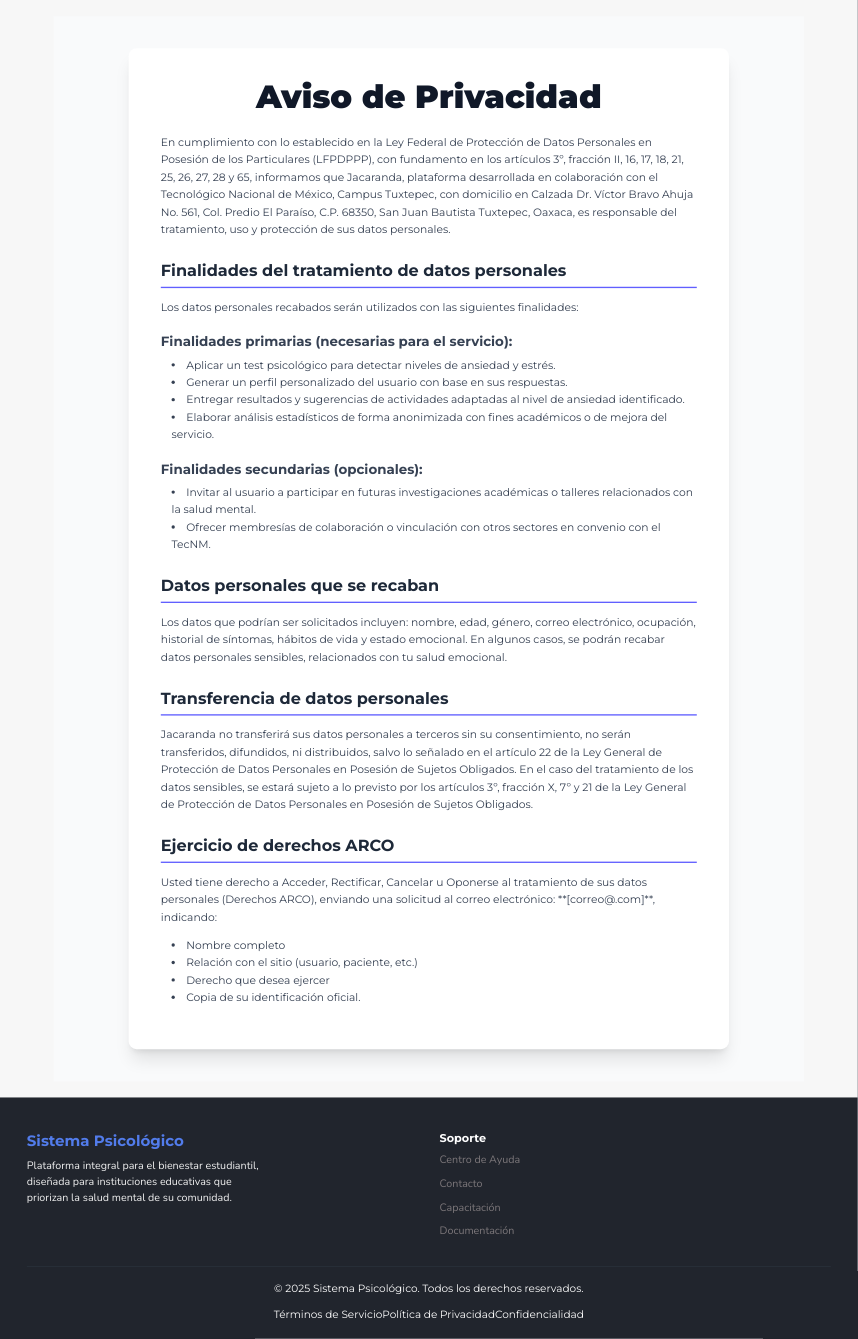
Repository: moon1710/SistemaPsico
Page: /privacidad (app in client/)
An editor plug-in stored every save of this project. The page is shown before and after the next save, followed by the edit.
The browser window is 1280 px wide. The pictures show the whole page, at 67% of full size.
The project was rebuilt for these pictures with package versions that can differ from the ones it lists, and the page was loaded fresh each time. Also part of the build but not shown: client/vite.config.js, client/src/components/onboarding/onboardingConfig.js, client/src/components/onboarding/TutorialSteps.jsx, client/src/components/onboarding/WelcomeForm.jsx, client/src/components/onboarding/OnboardingModal.jsx, client/src/components/layout/AdaptiveSidebar/sidebarConfig.jsx, client/src/components/layout/AdaptiveSidebar/MenuItem.jsx, client/src/components/layout/AdaptiveSidebar/SidebarHeader.jsx and 40 more.

Above is the page before, as saved 2025-09-22 15:50:27.

After the next save:
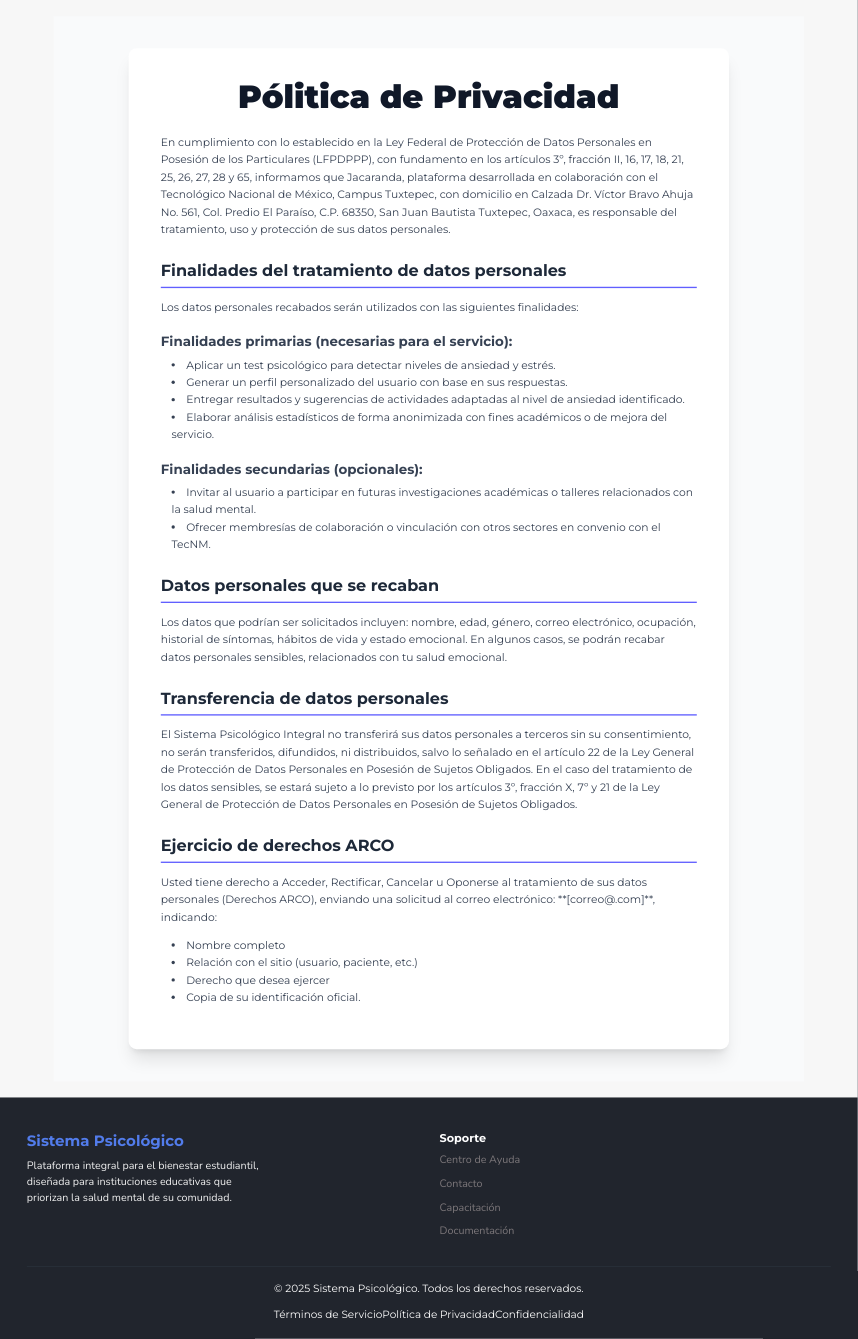
Saved 61 s later.
--- a/client/src/pages/PrivacidadPage.jsx
+++ b/client/src/pages/PrivacidadPage.jsx
@@ -7,7 +7,7 @@ export default function PrivacidadPage() {
 
 
         <h1 className="text-4xl md:text-5xl font-extrabold text-center mb-8 text-gray-900">
-          Aviso de Privacidad
+          Pólitica de Privacidad
         </h1>
 
         <p className="mb-6 text-gray-700 leading-relaxed">
@@ -46,7 +46,7 @@ export default function PrivacidadPage() {
           Transferencia de datos personales
         </h2>
         <p className="mb-4 text-gray-700 leading-relaxed">
-          Jacaranda no transferirá sus datos personales a terceros sin su consentimiento, no serán transferidos, difundidos, ni distribuidos, salvo lo señalado en el artículo 22 de la Ley General de Protección de Datos Personales en Posesión de Sujetos Obligados.
+          El Sistema Psicológico Integral no transferirá sus datos personales a terceros sin su consentimiento, no serán transferidos, difundidos, ni distribuidos, salvo lo señalado en el artículo 22 de la Ley General de Protección de Datos Personales en Posesión de Sujetos Obligados.
           En el caso del tratamiento de los datos sensibles, se estará sujeto a lo previsto por los artículos 3º, fracción X, 7º y 21 de la Ley General de Protección de Datos Personales en Posesión de Sujetos Obligados.
         </p>
 
